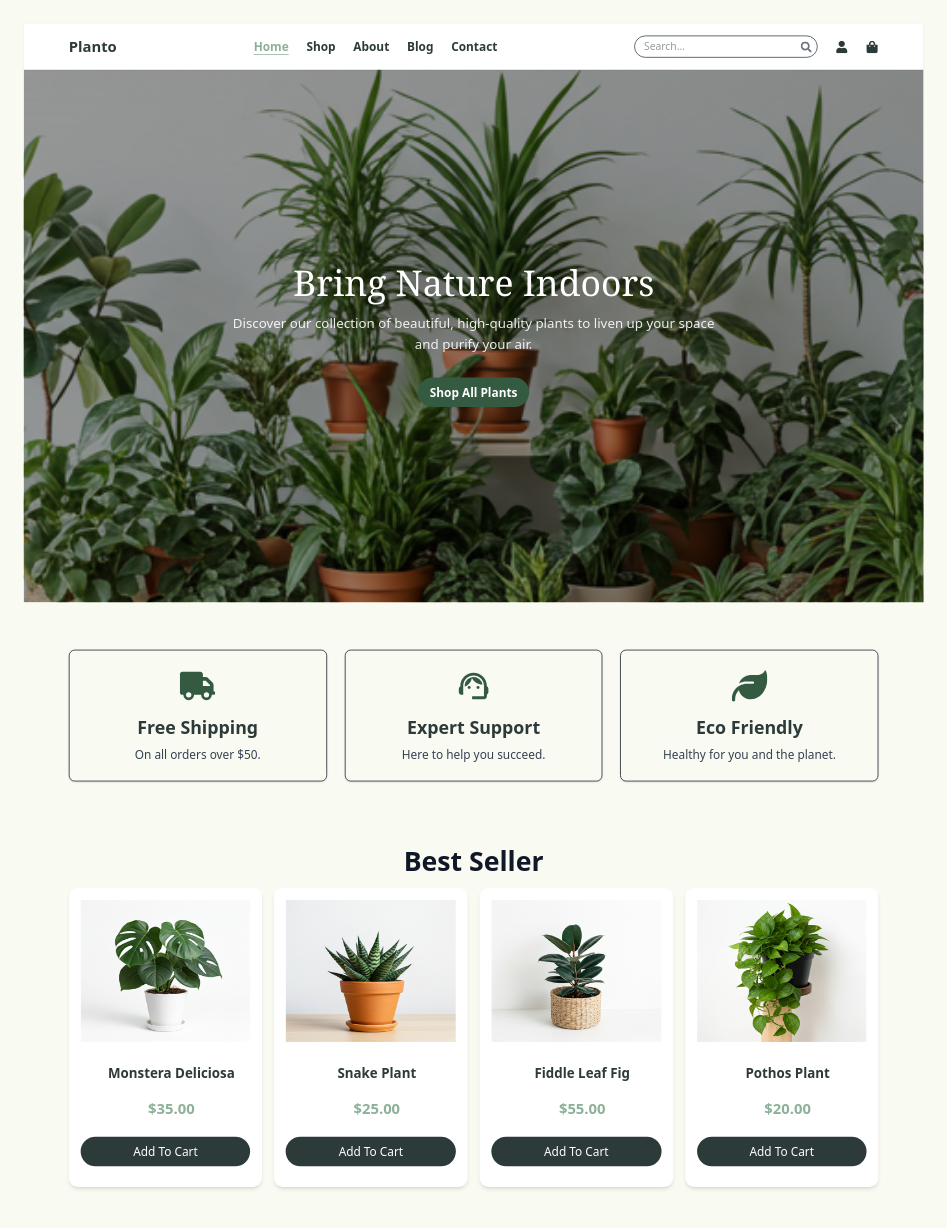
Repository: mazenessam99/Planto
Page: /
An editor plug-in stored every save of this project. The page is shown before and after a run of saves, followed by the edit.
The browser window is 1280 px wide. The pictures show the whole page, at 74% of full size.
The project was rebuilt for these pictures with package versions that can differ from the ones it lists, and the page was loaded fresh each time. Also part of the build but not shown: vite.config.js.

Above is the page before, as saved 2025-11-22 23:16:51.

After the next 6 saves:
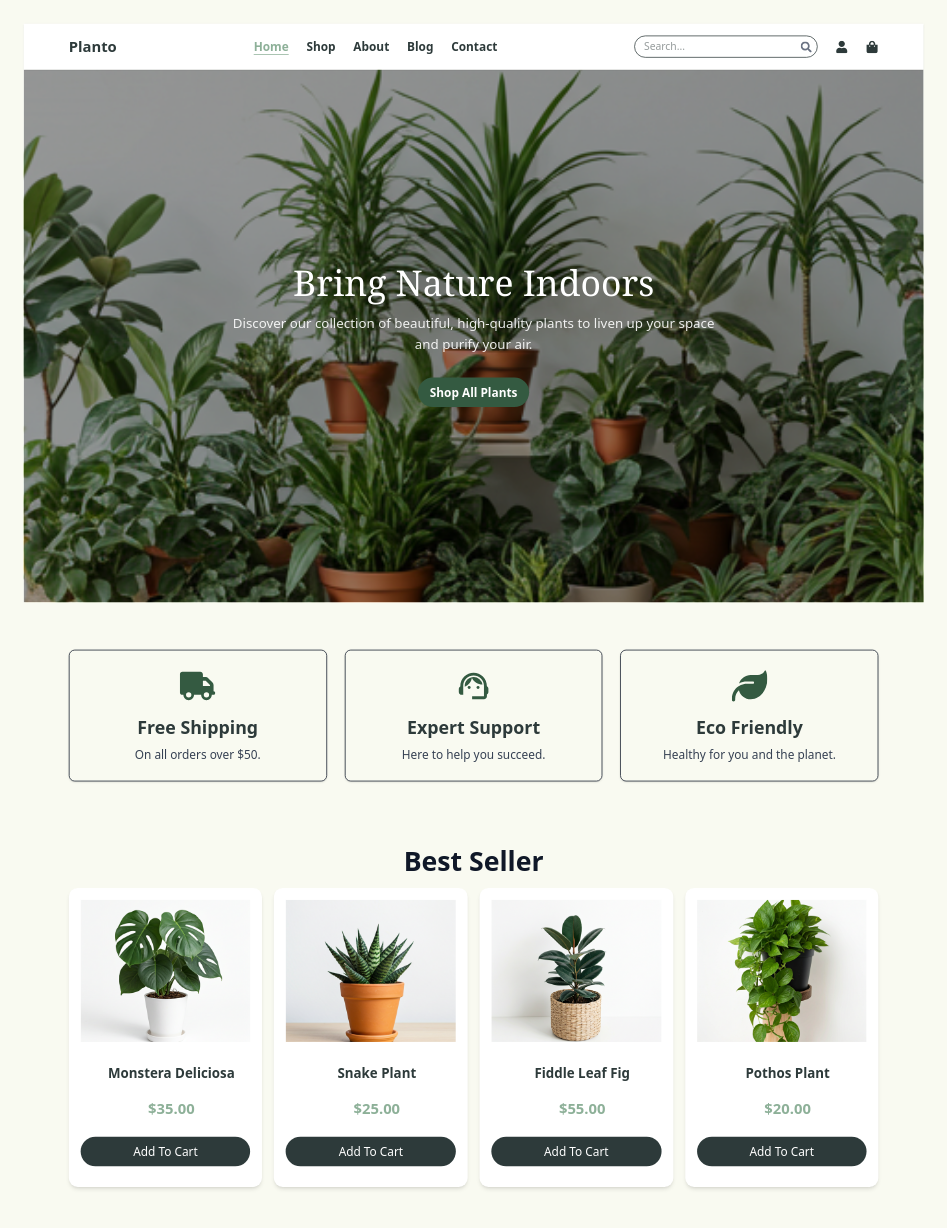
The 6 saves are shown as one change because they came seconds apart.
The last was saved 11 s later.
--- a/src/components/ui/ProductCard.jsx
+++ b/src/components/ui/ProductCard.jsx
@@ -4,7 +4,7 @@ const ProductCard = ({src,title,price,showButton=true,buttonText='Add To Cart'})
   return (
     <div className="bg-white rounded-xl p-4 shadow-md flex flex-col gap-3 hover:shadow-xl transition-all">
       <div className="w-full h-48 overflow-hidden ">
-        <img src={src} className="w-full h-full hover:scale-105 transition"/>
+        <img src={src} className="w-full h-full object-cover hover:scale-105 transition"/>
       </div>
       <h3 className="mt-4 ms-4 text-lg font-semibold text-primary">{title}</h3>
       <p className="mt-2 ms-4 font-bold text-xl text-secondary">{price}</p>
